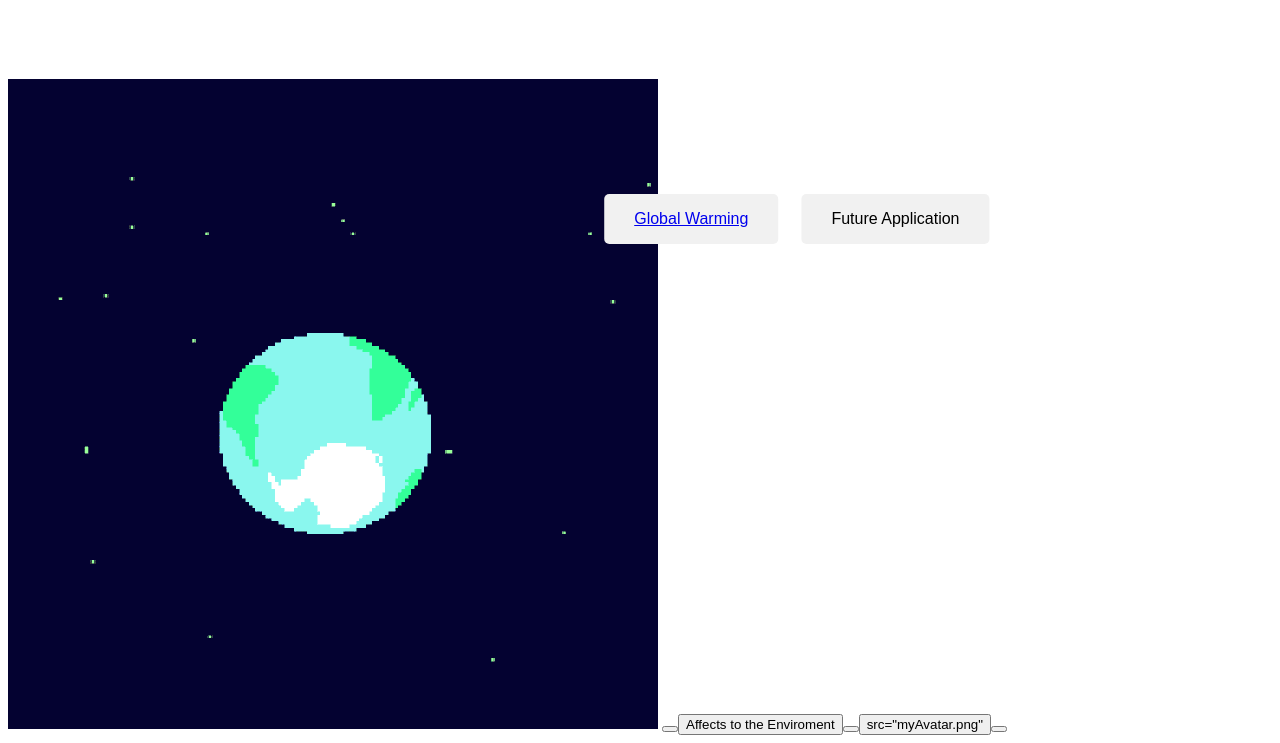
Repository: Alejandra-Pelayo/Alejandra-Pelayo.github.io
Page: 2.1.4/Example.html
The author's editor kept a record of every edit. The page is drawn from the files as they stood at one moment, then again after the next edit.
The browser window is 1280 px wide. The pictures show the whole page.

Above is the page before.

After the next edit:
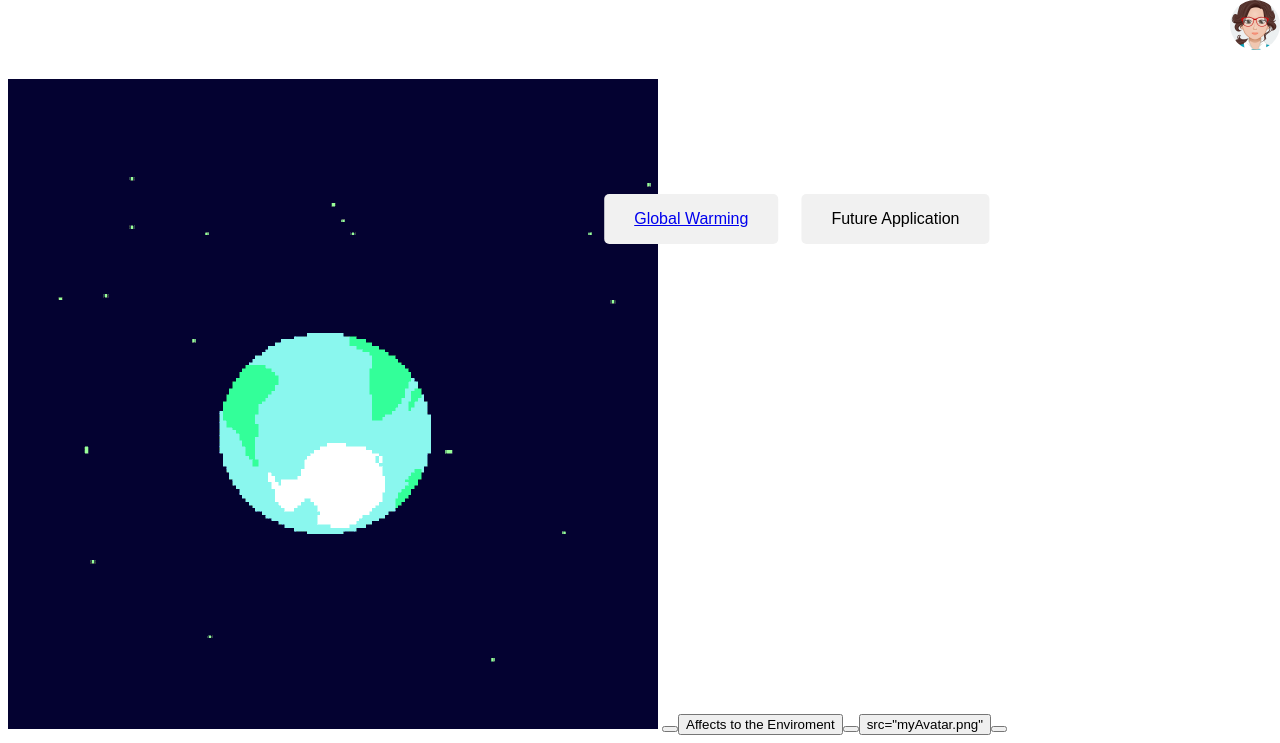
The edit:
--- a/2.1.4/Example.html
+++ b/2.1.4/Example.html
@@ -18,3 +18,13 @@
 
 <button4>
    <button class ="btn4"> src="myAvatar.png" <Button/button>
+
+
+
+
+
+
+<div id = "avatar">
+   <link href="index.css" rel="stylesheet" type="text/css">
+   <img src="myAvatar.png" alt="Avatar" class="avatar"/>
+</div>
